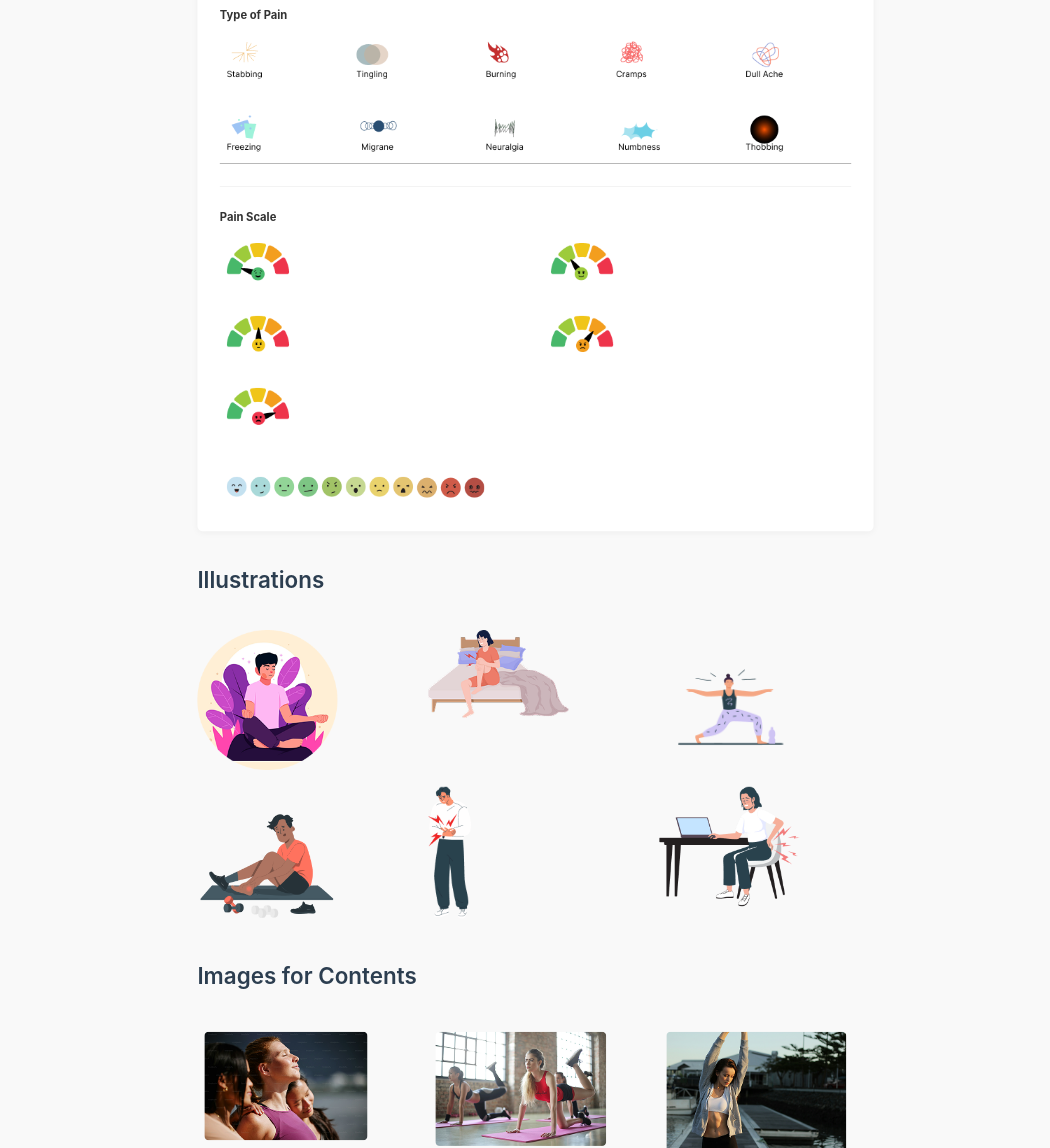
Repository: rosielee09/Heal_U
Page: graphics.html
An editor plug-in stored every save of this project. The page is shown before and after the next save, followed by the edit.
The browser window is 1280 px wide. The page is 1500 px wide, so the pictures cover 1500 px, including what lies to the right of the window. The pictures show the part of the page from y = 1810 to 3450 px (the page is 4675 px tall before and 4659 px after), at 70% of full size.

Above is the page before, as saved 2025-04-06 11:05:21.

After the next save:
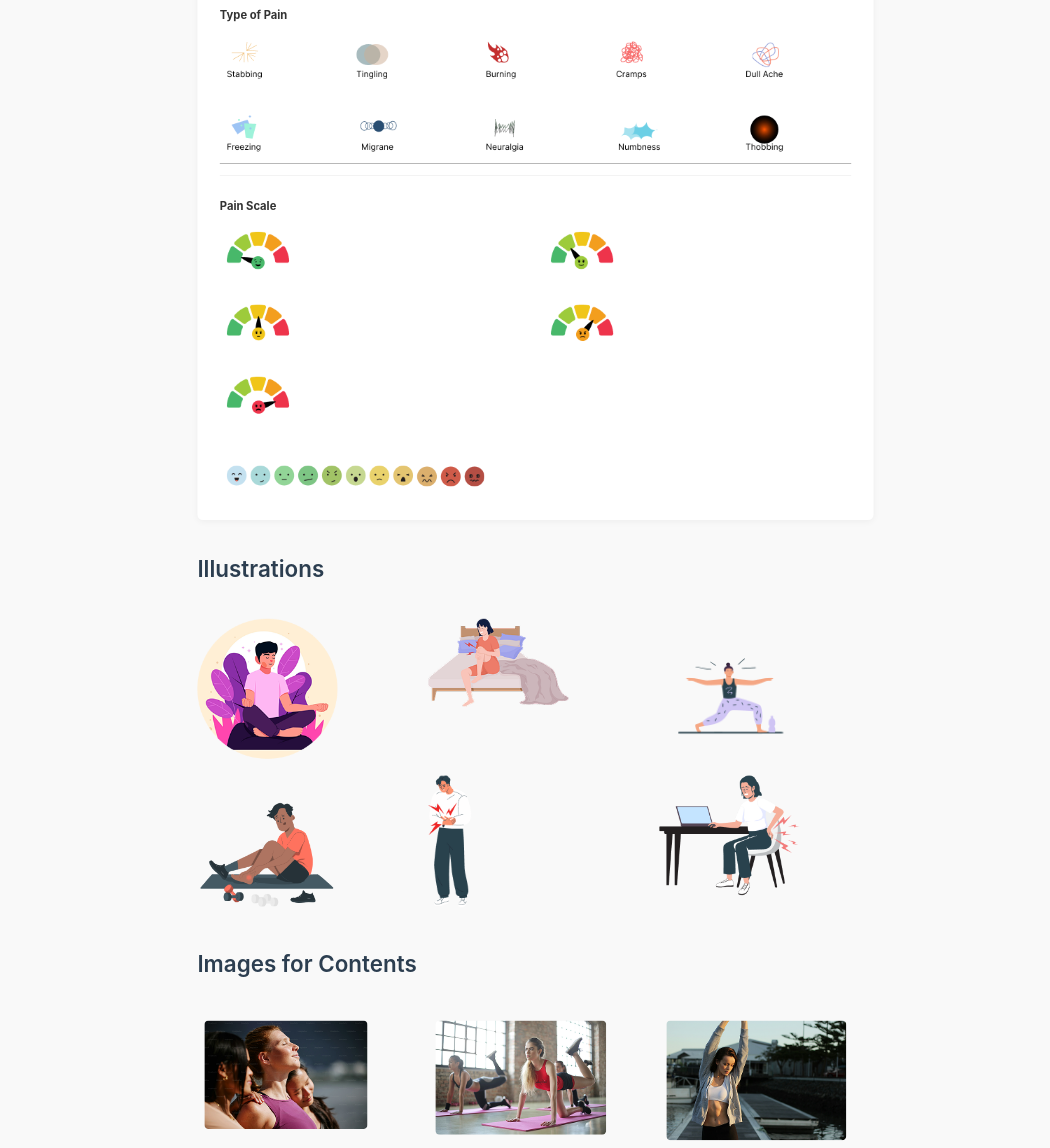
Saved 10 s later.
--- a/styles.css
+++ b/styles.css
@@ -12,7 +12,7 @@ body {
 }
 
 hr {
-    padding: 1rem;
+    padding-top: 1rem;
     border-left: 0;
     border-right: 0;
     border-bottom: 0.4px, lightgray;
